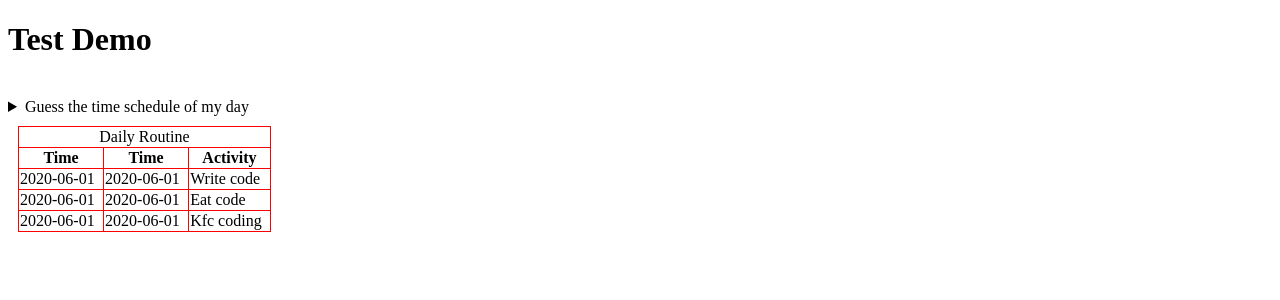
Repository: cavidk/taco_shop-web
Page: html basics/index.html
An editor plug-in stored every save of this project. The page is shown before and after the next save, followed by the edit.
The browser window is 1280 px wide. The pictures show the whole page.

Above is the page before, as saved 2024-06-07 16:19:56.

### html basics/index.html
<!DOCTYPE html>
<html lang="en">

<head>
   <meta charset="UTF-8">
   <meta name="viewport" content="width=device-width, initial-scale=1.0">
   <link rel="stylesheet" href="style.css" type="text/css">
   </link>
   <title>Document</title>
</head>

<body>
   <h1>Test Demo</h1>
   <br>
   <aside>
      <details>
         <summary>Guess the time schedule of my day</summary>
         <p>Details</p>

   </aside>


   <table border="2">

      <td id="head1" colspan="3">Daily Routine</td>
      <tr>
         <th>Time</th>
         <th>Time</th>
         <th>Activity</th>
      <tr id="border1">
         <td>
            <time datetime="2020-06-01">2020-06-01</time>
           </td>
             <td>
            <time datetime="11:00">2020-06-01</datetime>
         </td>
         <td>Write code</td>
      </tr>

      <tr>
         <td>
            <time datetime="2020-06-01">2020-06-01</time>
           </td>
           <td>
            <time datetime="11:00">2020-06-01</datetime>
           </td
         </td>
         <td>Eat code</td>
      </tr>

      <tr>
         <td>
            <time datetime="2020-06-01">2020-06-01</time>
           </td>
             <td>
            <time datetime="11:00">2020-06-01</datetime>
         </td>
         <td>Kfc coding</td>
      </tr>
   </table>

</body>

</html>

### html basics/style.css
table{
      width: 20%;
      border-collapse: collapse;
      margin: 10px;
      padding: 10px;;
      border-radius: 50px;
      border: none;
      border-color:red
}

#head1{

    text-align: center;
}

After the next save:
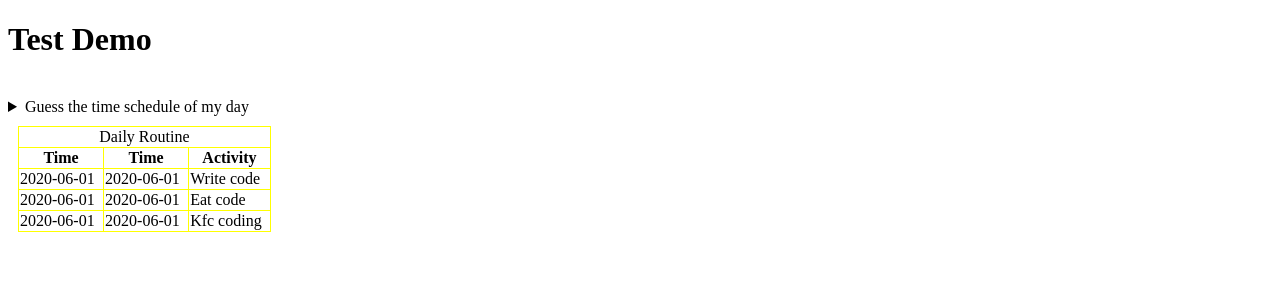
Saved 7 s later.
--- a/html basics/style.css
+++ b/html basics/style.css
@@ -5,7 +5,7 @@ table{
       padding: 10px;;
       border-radius: 50px;
       border: none;
-      border-color:red
+      border-color:yellow
 }
 
 #head1{
